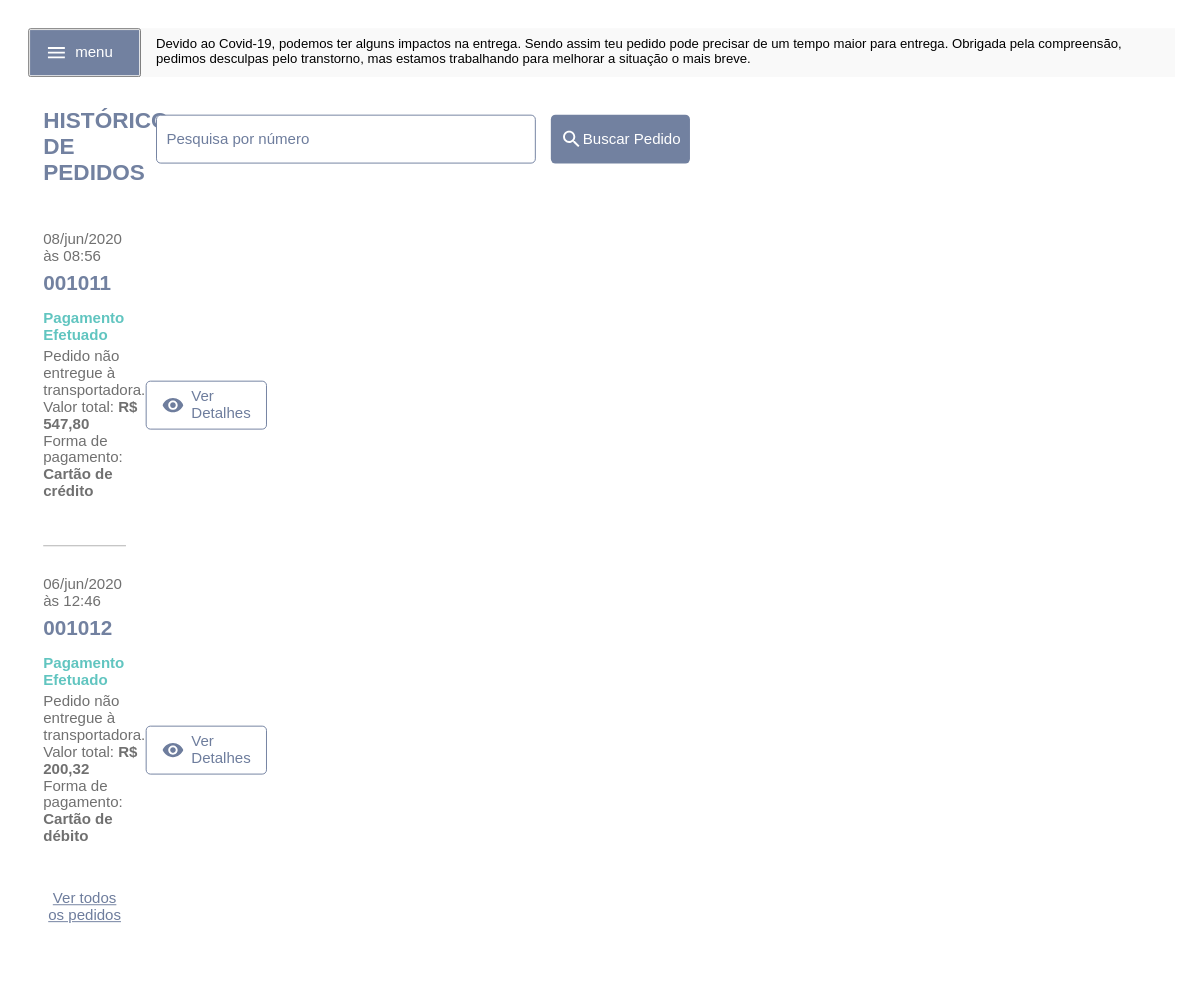
Repository: indiamarasiqueira/gestao-produto
Page: /
These files come from the project's save history. The page is drawn as it stood at one moment and after the next save; the edit follows.
The browser window is 1280 px wide. The pictures show the whole page, at 94% of full size.
The project was rebuilt for these pictures with package versions that can differ from the ones it lists, and the page was loaded fresh each time. Also part of the build but not shown: src/pages/generic/style.js, src/pages/generic/index.js, src/components/ModalMenu/index.js.

Above is the page before, as saved 2020-07-07 10:56:49.

### src/global.js
import { createGlobalStyle } from "styled-components";

const GlobalStyle = createGlobalStyle`
    * {
        margin: 0;
        padding: 0;
        outline: 0;
        box-sizing: border-box;
    }
   html, body, #root {
    margin: 0;
    padding: 0;
    font-family: 'Montserrat', sans-serif;
    -webkit-font-smoothing: antialiased;
    -moz-osx-font-smoothing: grayscale;
    background-color: #ffffff;
    }
`;
export default GlobalStyle;

### src/routes.js
import React from "react";
import { BrowserRouter, Switch, Route } from "react-router-dom";

import GenericPage from "./pages/generic";
// import AppMenu from "./components/AppMenu";
import OrderHistory from "./pages/orderHistory";
import AlertCovid from "./components/AlertCovid";

export default function Routes() {
  return (
    <BrowserRouter>
      <Switch>
        <Route path="*">
          {/* <AppMenu />
          <AlertCovid /> */}
          <Route path="/perfil" exact component={() => <GenericPage title="Meu Perfil" />} />
          <Route path="/localizacao" exact component={() => <GenericPage title="Meus endereços" />} />
          <Route path="/favoritos" exact component={() => <GenericPage title="Lista de favoritos" />} />
          <Route path={["/", "/pedidos"]} exact component={OrderHistory} />
        </Route>
      </Switch>
    </BrowserRouter>
  );
}

### src/pages/orderHistory/index.js
import React, { Fragment, useState } from "react";

import { OrderMenu } from "./style";

import AppMenu from '../../components/AppMenu'
import AlertCovid from "../../components/AlertCovid";
import HeaderTitle from "../../components/HeaderTitle";
import BoxSearch from "../../components/BoxSearch/index";
import Order from "../../components/Order/index";


const OrderHistory = () => {
  const [value, setValue] = useState("");
  const [query, setQuery] = useState("");
  const handleChange = (e) => setValue(e.target.value);

  const handleSubmit = (e) => {
    e.preventDefault();
    setQuery(value);
  };

  return (
    <OrderMenu>
      <AppMenu />
      <AlertCovid />
      <HeaderTitle>HISTÓRICO DE PEDIDOS</HeaderTitle>
      <BoxSearch value={value} handleChange={handleChange} handleSubmit={handleSubmit} />
      <Order query={query} />
    </OrderMenu>
  );
};
export default OrderHistory;

### src/components/AlertCovid/index.js
import React from "react";

import { Alert } from './style';

const AlertCovid = () => {
  return (
    <Alert>
      Devido ao Covid-19, podemos ter alguns impactos na entrega. Sendo assim teu pedido pode precisar de um tempo maior
      para entrega. Obrigada pela compreensão, pedimos desculpas pelo transtorno, mas estamos trabalhando para melhorar
      a situação o mais breve.
    </Alert>
  );
};
export default AlertCovid;

### src/components/HeaderTitle/index.js
import React from "react";

import { Title } from "./style";

const HeaderTitle = (props) => {
  return <Title>{props.children}</Title>;
};
export default HeaderTitle;

### src/pages/orderHistory/style.js
import styled from "styled-components";

export const OrderMenu = styled.div`
  display: grid;
  justify-content: center;
  grid-template-columns: 120px 2fr ;
  padding: 30px;
  box-sizing: border-box;
  height: 100%;

   @media all and ( max-width: 1250px) {
    display: flex;
    flex-direction: column;
    width: 100%;
    padding: 10px;
  }
`;

### src/components/AppMenu/index.js
import React, { useState } from "react";
import { useHistory } from "react-router-dom";

import MenuIcon from "@material-ui/icons/Menu";
import LockOpenIcon from "@material-ui/icons/LockOpen";
import HistoryIcon from "@material-ui/icons/History";
import RoomOutlinedIcon from "@material-ui/icons/RoomOutlined";
import FavoriteBorderIcon from "@material-ui/icons/FavoriteBorder";
import CloseIcon from "@material-ui/icons/Close";

import ModalMenu from '../ModalMenu/index';

import {
  MenuMain,
  Button,
  BoxIcon,
  MainMenu,
  UserInfo,
  UserInfoName,
  UserInfoEmail,
  MenuList,
  MenuListItem,
  MenuIconImage
} from "./style";

const AppMenu = () => {
  const history = useHistory();
  const [show, showModal] = useState(false);
  const navigate = (route) => {
    history.push(route);
    showModal(false);
  }

  return (
    <MenuMain>
      <Button onClick={() => showModal(!show)}>
        <BoxIcon>{show ? <CloseIcon /> : <MenuIcon />}</BoxIcon>
        menu
      </Button>
      <ModalMenu show={show}>
        <MainMenu>
          <UserInfo>
            <UserInfoName>Caroline Melinda W Effting</UserInfoName>
            <UserInfoEmail>effting.caroline@gmail.com</UserInfoEmail>
          </UserInfo>
          <MenuList>
            <MenuListItem onClick={() => navigate("/perfil")}>
              <MenuIconImage>
                <LockOpenIcon />
              </MenuIconImage>
              <span className="menu-label">meu perfil</span>
            </MenuListItem>
            <MenuListItem onClick={() => navigate("/pedidos")}>
              <MenuIconImage>
                <HistoryIcon />
              </MenuIconImage>
              <span className="menu-label">histórico de pedidos</span>
            </MenuListItem>
            <MenuListItem onClick={() => navigate("/localizacao")}>
              <MenuIconImage>
                <RoomOutlinedIcon />
              </MenuIconImage>
              <span className="menu-label">meus endereços</span>
            </MenuListItem>
            <MenuListItem onClick={() => navigate("/favoritos")}>
              <MenuIconImage>
                <FavoriteBorderIcon />
              </MenuIconImage>
              <span className="menu-label">lista de favoritos</span>
            </MenuListItem>
          </MenuList>
        </MainMenu>
      </ModalMenu>
    </MenuMain>
  );
};
export default AppMenu;

### src/components/BoxSearch/index.js
import React from "react";

import { Box, InputText, ButtonSearch } from "./style";
import SearchIcon from "@material-ui/icons/Search";

const BoxSearch = (props) => {
  return (
    <Box onSubmit={props.handleSubmit}>
      <InputText
        type="number"
        placeholder="Pesquisa por número"
        value={props.value}
        onChange={props.handleChange}
      />
      <ButtonSearch type="submit">
        <SearchIcon />
        <span className="search-text">Buscar Pedido</span>
      </ButtonSearch>
    </Box>
  );
};
export default BoxSearch;

### src/components/Order/index.js
import React, { useState } from "react";

import VisibilityIcon from "@material-ui/icons/Visibility";
import orderData from '../../db.json'

import {
  Empty,
  OrderList,
  OrderListItem,
  OrderDate,
  OrderId,
  OrderBox,
  OrderInfo,
  OrderStatus,
  ButtonOutline,
  OrderAll,
} from "./style";

const findOrder = (detail, query) => {
  const list = orderData.data;

  if (query){
    const regex = new RegExp(query);

    return list.filter(item => regex.test(item.id))
  }

  return detail ? orderData.data : orderData.data.slice(0, 2);
}


const Order = ({query}) => {
  const [detail, setDetail] = useState(false);
  const list = findOrder(detail, query)

  if (!list.length) {
    return <Empty>nenhum pedido encontrado :(</Empty>
  }

  return (
    <OrderList>
      {list.map((item, key) => (
        <OrderListItem key={key}>
          <OrderDate>{item.date}</OrderDate>
          <OrderId>{item.id}</OrderId>
          <OrderBox>
            <OrderInfo>
              <OrderStatus>{item.title}</OrderStatus>
              <p>
                {item.description}
                <br />
                Valor total: <b>R$ {item.price} </b>
                <br />
                Forma de pagamento: <b>{item.payment}</b>
              </p>
            </OrderInfo>
            <ButtonOutline>
              <VisibilityIcon />
              Ver Detalhes
            </ButtonOutline>
          </OrderBox>
        </OrderListItem>
      ))}
      {!detail && <OrderAll onClick={setDetail}>Ver todos os pedidos</OrderAll>}
    </OrderList>
  );
};
export default Order;

### src/components/AlertCovid/style.js
import styled from "styled-components";


// Main Page
export const Alert = styled.div`
  background: #f9f9f9;
  padding: 8px 16px;
  font-size: 14px;
`;

### src/components/HeaderTitle/style.js
import styled from "styled-components";

export const Title = styled.h1`
  color: #7281a0;
  padding: 16px;
  margin-top: 16px;
  font-weight: bold;
  font-size: 24px;
`;

### src/components/AppMenu/style.js
import styled from "styled-components";

export const MenuMain = styled.button`


`;
export const Button = styled.button`
  display: flex;
  align-items: center;
  justify-content: start;
  padding: 12px 16px;
  border: none;
  background: #7281A0;
  width: 100%;
  color: #ffffff;
  font-size: 16px;
  transition: all 0.2s ease-out;
  height: 48px;

  :hover{
    color: #7281A0;
    background: #F4F4F4;
  }
`;
export const BoxIcon = styled.div`
  display: inline-block;
  margin-right: 8px;
  height: 24px;
`;
export const MainMenu = styled.div`
  color: #717171;
  padding: 0 16px;
  border-bottom: 1px solid rgba(0, 0, 0, 0.3);
  position: fixed;
  top: 48px;
  left: 0;
  right: 0;
  bottom: 0;
  background: #fff;
`;

// User
export const UserInfo = styled.div`
  padding: 16px 0;
`;
export const UserInfoName = styled.p`
  margin-bottom: 8px;
`;
export const UserInfoEmail = styled.p``;
// Menu
export const MenuList = styled.nav``;

export const MenuListItem = styled.a`
  display: flex;
  align-items: center;
  padding: 16px 0;
  border-top: 1px solid rgba(0, 0, 0, 0.3);

  :hover{
    color: #707070;
    background: #F4F4F4;
  }
`;
export const MenuIconImage = styled.i`
  padding-left: 4px;
  padding-right: 16px;
`;

### src/components/BoxSearch/style.js
import styled from "styled-components";

export const Box = styled.form`
  padding: 0 16px;
  display: flex;
  align-items: center;
  justify-content: space-between;
  max-width: 600px;

`;
export const InputText = styled.input`
  flex: 1;
  color: #7281a0;
  height: 52px;
  border-radius: 5px;
  border: 1px solid #6e7d9d;
  font-size: 16px;
  padding-left: 10px;

  ::placeholder {
    color: #6e7d9d;
  }
`;
export const ButtonSearch = styled.button`
  background: #7281a0;
  border-radius: 5px;
  height: 52px;
  border: none;
  margin-left: 16px;
  padding: 10px;
  color: #ffffff;
  font-size: 16px;
  display: flex;
  align-items: center;
  justify-content: center;

  @media all and (max-width: 600px){
    .search-text{
      display: none;
    }
  }
`;

### src/db.json
{
  "data": [
    {
      "id": "001011",
      "date": "08/jun/2020 às 08:56",
      "title": "Pagamento Efetuado",
      "description": "Pedido não entregue à transportadora.",
      "price": "547,80",
      "payment": "Cartão de crédito"

    },
    {
      "id": "001012",
      "date": "06/jun/2020 às 12:46",
      "title": "Pagamento Efetuado",
      "description": "Pedido não entregue à transportadora.",
      "price": "200,32",
      "payment": "Cartão de débito"
    },
    {
      "id": "001013",
      "date": "04/jun/2020 às 09:30",
      "title": "Pagamento Efetuado",
      "description": "Pedido não entregue à transportadora.",
      "price": "150,60",
      "payment": "Cartão de crédito"
    },
    {
      "id": "001014",
      "date": "29/mai/2020 às 17:30",
      "title": "Pagamento Efetuado",
      "description": "Pedido não entregue à transportadora.",
      "price": "83,58",
      "payment": "Cartão de débito"
    }
  ]

}

### src/components/Order/style.js
import styled from "styled-components";

export const Empty = styled.div`
  padding: 16px;
  color: #ccc;
  text-align: center;
`;
export const OrderList = styled.div`
  padding: 0 16px;
`;
export const OrderListItem = styled.div`
  padding: 32px 0;
  border-top: 1px solid rgba(0, 0, 0, 0.3);

  &:first-of-type {
    border-top-width: 0;
  }


`;
export const OrderDate = styled.p`
  color: #707070;
  font-size: 16px;
`;
export const OrderId = styled.p`
  padding-top: 6px;
  color: #7281a0;
  font-size: 22px;
  font-weight: bold;
`;
export const OrderBox = styled.div`

  @media all and (min-width: 600px){
    display: flex;
    align-items: center;
  }
`;
export const OrderInfo = styled.div`
  flex: 1;
  margin: 16px 0;
  color: #707070;

`;
export const OrderStatus = styled.p`
  color: #61c5c0;
  margin-bottom: 4px;
  font-weight: bold;
`;
export const ButtonOutline = styled.div`
  border-radius: 5px;
  border: 1px solid #6e7d9d;
  height: 52px;
  display: flex;
  align-items: center;
  justify-content: center;
  color: #6e7d9d;
  padding: 8px 16px;

  svg {
    margin-right: 8px;
  }
`;
export const OrderAll = styled.button`
  color: #6E7D9D;
  margin-bottom: 32px;
  background: none;
  border: none;
  text-decoration: underline;
  width: 100%;
  display: flex;
  align-items: center;
  justify-content: flex-end;
  font-size: 16px;
`;

Loaded but not shown: public/index.html (common file); src/index.js (common file)

After the next save:
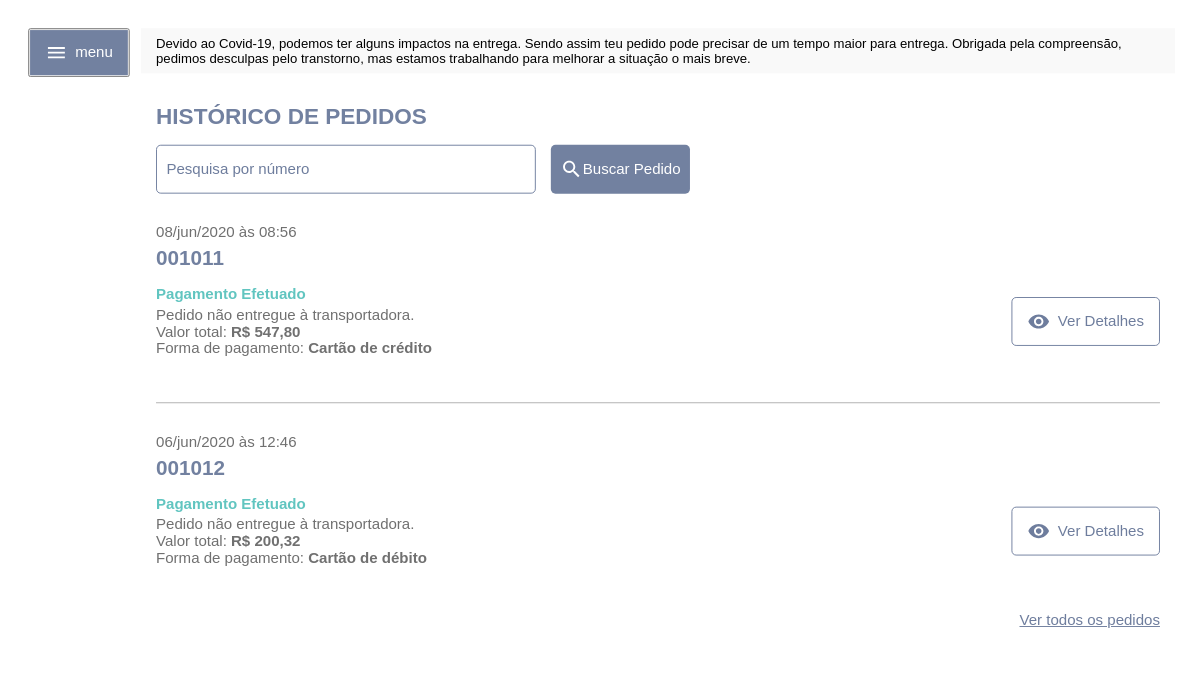
Saved 36 s later.
--- a/src/pages/orderHistory/index.js
+++ b/src/pages/orderHistory/index.js
@@ -21,11 +21,15 @@ const OrderHistory = () => {
 
   return (
     <OrderMenu>
-      <AppMenu />
-      <AlertCovid />
-      <HeaderTitle>HISTÓRICO DE PEDIDOS</HeaderTitle>
-      <BoxSearch value={value} handleChange={handleChange} handleSubmit={handleSubmit} />
-      <Order query={query} />
+      <div>
+        <AppMenu />
+      </div>
+      <div>
+        <AlertCovid />
+        <HeaderTitle>HISTÓRICO DE PEDIDOS</HeaderTitle>
+        <BoxSearch value={value} handleChange={handleChange} handleSubmit={handleSubmit} />
+        <Order query={query} />
+      </div>
     </OrderMenu>
   );
 };
